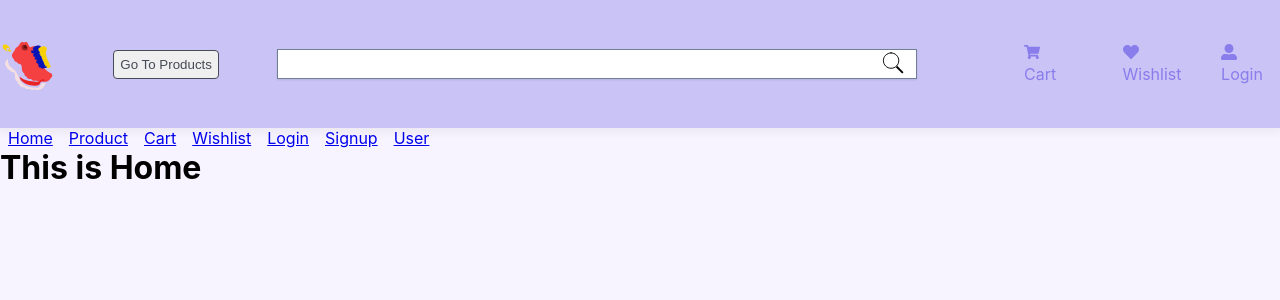
Repository: Irfan-vit/shoecase
Page: /
An editor plug-in stored every save of this project. The page is shown before and after the next save, followed by the edit.
The browser window is 1280 px wide. The pictures show the whole page.
The page's requests for data from a server got no answer. The project was rebuilt for these pictures with package versions that can differ from the ones it lists, and the page was loaded fresh each time. No one was signed in, and anything a server would have sent is missing. Also part of the build but not shown: src/pages/Product/ProductPage.jsx, src/pages/cart/CartPage.jsx, src/pages/wishlist/WishlistPage.jsx, src/pages/login/LoginPage.jsx, src/pages/signup/SignupPage.jsx, src/pages/user/StyledUser.jsx, src/components/forms/addAddress/AddAddress.jsx, src/components/forms/editAddress/EditAddress.jsx and 4 more.

Above is the page before, as saved 2023-05-22 04:31:13.

### src/index.js
import React, { useState } from 'react'
import { createRoot } from 'react-dom/client'
import { BrowserRouter } from 'react-router-dom'
import { makeServer } from './server'
import App from './App'

import { AuthProvider } from './context/AuthContext'
import { ToastContainer } from 'react-toastify'
import { ThemeProvider } from 'styled-components'
import { defaultTheme } from './utils/theme/theme'
import GlobalStyles from './utils/theme/Global'
import 'react-toastify/dist/ReactToastify.min.css'
import './utils/css/typography.css'
import './utils/css/colors.css'

// Call make Server
makeServer()

createRoot(document.getElementById('root')).render(
  <BrowserRouter>
    <AuthProvider>
      <ThemeProvider theme={defaultTheme}>
        <App />
        <ToastContainer />
        <GlobalStyles />
      </ThemeProvider>
    </AuthProvider>
  </BrowserRouter>,
)

### src/App.jsx
import { useEffect } from 'react'
import { Routes, Route, Link } from 'react-router-dom'
import axios from 'axios'

import Home from './pages/home/HomePage'
import Product from './pages/Product/ProductPage'
import Cart from './pages/cart/CartPage'
import Wishlist from './pages/wishlist/WishlistPage'
import Login from './pages/login/LoginPage'
import Signup from './pages/signup/SignupPage'
import User from './pages/user/User'

import RequiresAuth from './components/RequiresAuth'
import { useAuth } from './context/AuthContext'
import NavBar from './components/navBar/NavBar'

function App() {
  async function getCat() {
    const res = await axios.get('/api/products')
    const dat = res.data.products
    console.log(dat)
  }
  useEffect(() => {
    getCat()
  }, [])
  return (
    <div className="App">
      <NavBar />
      <nav>
        <Link to="/" style={{ padding: '0.5rem' }}>
          Home
        </Link>
        <Link to="/product" style={{ padding: '0.5rem' }}>
          Product
        </Link>
        <Link to="/cart" style={{ padding: '0.5rem' }}>
          Cart
        </Link>
        <Link to="/wishlist" style={{ padding: '0.5rem' }}>
          Wishlist
        </Link>
        <Link to="/login" style={{ padding: '0.5rem' }}>
          Login
        </Link>
        <Link to="/signup" style={{ padding: '0.5rem' }}>
          Signup
        </Link>
        <Link to="/user" style={{ padding: '0.5rem' }}>
          User
        </Link>
      </nav>
      <Routes>
        <Route path="/" element={<Home />} />
        <Route path="/product" element={<Product />} />
        <Route path="/wishlist" element={<Wishlist />} />
        <Route path="/login" element={<Login />} />
        <Route path="/signup" element={<Signup />} />
        {/* <Route path="/user" element={<User />} /> */}
        <Route
          path="/cart"
          element={
            <RequiresAuth>
              <Cart />
            </RequiresAuth>
          }
        />
        <Route
          path="/user"
          element={
            <RequiresAuth>
              <User />
            </RequiresAuth>
          }
        />
      </Routes>
    </div>
  )
}

export default App

### src/context/AuthContext.jsx
import { createContext, useContext, useEffect, useState } from 'react'
import { useNavigate, useLocation } from 'react-router-dom'
import axios from 'axios'
import { login, signup } from '../api/auth/apiAuth'

const AuthContext = createContext()

const AuthProvider = ({ children }) => {
  const localStorageToken = JSON.parse(localStorage.getItem('token'))
  const navigate = useNavigate()
  const location = useLocation()
  const [token, setToken] = useState(localStorageToken?.token)
  const [userDetails, setUserDetails] = useState(localStorageToken?.user)

  async function getUser({ email, password }, e) {
    try {
      e.preventDefault()
      const {
        data: { foundUser, encodedToken },
      } = await login({ email, password })
      localStorage.setItem(
        'token',
        JSON.stringify({ token: encodedToken, user: foundUser }),
      )
      setToken(encodedToken)
      setUserDetails(foundUser)
      console.log(foundUser)
      navigate(location?.state?.from?.pathname ?? '/', { replace: true })
    } catch {
      console.error('invalid Credentials')
    }
  }

  async function setUser({ email, password }, e) {
    try {
      e.preventDefault()
      const {
        data: { createdUser, encodedToken },
      } = await signup({ email, password })
      console.log(createdUser, encodedToken, 'response data')
      localStorage.setItem(
        'token',
        JSON.stringify({ token: encodedToken, user: createdUser }),
      )
      setToken(encodedToken)
      setUserDetails(createdUser)
      console.log(createdUser)
      navigate('/')
    } catch {
      console.error('invalid signup')
    }
  }
  return (
    <AuthContext.Provider
      value={{ getUser, setUser, token, setToken, userDetails, setUserDetails }}
    >
      {children}
    </AuthContext.Provider>
  )
}

const useAuth = () => useContext(AuthContext)

export { AuthProvider, useAuth }

### src/utils/theme/theme.js
import defaultColors from './defaultThemeColors'
// import typography from './typogarphy'
export const defaultTheme = {
  primaryBg: defaultColors.primaryBg,
  offSetBg: defaultColors.offSetBg,
  primaryText: defaultColors.primaryText,
  PrimaryHeading: defaultColors.PrimaryHeading,
  offSetText: defaultColors.offSetText,
  action: defaultColors.action,
  actionOffSet: defaultColors.actionOffSet,
  higilight: defaultColors.higilight,
}
export const darkTheme = {
  primaryBg: defaultColors.primaryBg,
  offSetBg: defaultColors.offSetBg,
  textOnPrimary: defaultColors.textOnPrimary,
  textOnOffSet: defaultColors.textOnOffSet,
  action: defaultColors.action,
  textColor: defaultColors.textColor,
  textMuted: defaultColors.textMuted,
}

### src/utils/theme/Global.js
import { createGlobalStyle } from 'styled-components'

const GlobalStyles = createGlobalStyle`
html {
    box-sizing: border-box;
    font-size: 16px;
    font-family: var(--font-family-body);
  }
*, *::before, *::after {
    box-sizing: inherit;
    Margin:0;
    Padding:0;
    Border:0;
}
body{
  background-color: ${(props) => props.theme.primaryBg};
}
`
export default GlobalStyles

### src/utils/css/typography.css
html {
    box-sizing: border-box;
    font-size: 16px;
    font-family: var(--font-family-body);
  }
*, *::before, *::after {
    box-sizing: inherit;
    Margin:0;
    Padding:0;
    Border:0;
}

:root{
    --font-family-hero: CircularPro, "Gill Sans", "Gill Sans MT", "Helvetica Neue", Helvetica, Arial, sans-serif;
    --font-family-headings: CircularPro, Sans, apple-system, sans-serif;
    --font-family-body: -apple-system, BlinkMacSystemFont, "Segoe UI", Roboto, Helvetica, Arial, sans-serif, "Apple Color Emoji", "Segoe UI Emoji", "Segoe UI Symbol";
    --font-family-serif: Georgia, "Times New Roman", serif;
    --font-family-mono: Menlo, Monaco, "Courier New", monospace;
    --font-xxxs: 0.425rem;
    --font-xxs: 0.625rem;
    --font-xs: 0.7rem;
    --font-sm: 0.875rem;
    --font-md: 1rem;
    --font-lg: 1.25rem;
    --font-xl: 1.5rem;
    --font-xxl: 2.25rem;
    --font-xxxl: 3rem;
    --font-xxxxl: 4rem;
    --font-weight-light: 300;
    --font-weight-normal: 400;
    --font-weight-strong: 500;
    --font-weight-semi-bold: 600;
    --font-weight-bold: 700;
    --primary-color: #6c5ce7;
    --primary-heavy: #5d4aec;
    --primary-light: #897dec;
    --text-on-primary: #ffffff;
    --primary-bg: #eceaff;
    --primary-bg-heavy: #c9c3f6;
    --secondary-color: #ffffff;
    --secondary-heavy: #ffffff;
    --secondary-light: #ffffff;
    --text-on-secondary: #6c5ce7;
    --secondary-bg: #ffffff;
    --secondary-bg-heavy: #ffffff;
    --error-color: #e62e5c;
    --error-heavy: #d31948;
    --error-light: #f086a0;
    --error-bg: #f7bac9;
    --error-bg-heavy: #8d1130;
    --spacing-unit: 6px;
    --margins: 2;
    --margin-size: (var(--margins) * 2);
    --cell-padding: (4 * var(--spacing-unit));
    --grid-gutter: (var(--margins) * var(--spacing-unit));
    --grid-margin: (var(--margin-size) * var(--spacing-unit));
    --cell-margin: (var(--grid-gutter) / 2);
    --border-radius-small: 0.125rem;
    --border-radius-medium: 0.25rem;
    --border-radius-large: 0.5rem;
    --border-radius-x-large: 1rem;
    --border-radius-circle: 50%;
    --border-radius-pill: 9999px;
    --border-size1: 1px;
    --border-size2: 2px;
    --border-size3: 3px;
    --border-size4: 4px;
    --text-color: #718096;
    --text-bright: #000;
    --text-muted: #a9b1ba;
    --bg-color: #fff;
    --background-body: #202b38;
    --background: #161f27;
    --background-alt: #1a242f;
    --box-shadow: 0 -1px 1px 0 rgba(0, 0, 0, 0.09), 0 2px 2px 0 rgba(0, 0, 0, 0.23);
    --box-shadow-x-small: 0 1px 0 #0d131e0d;
    --box-shadow-small: 0 1px 2px #0d131e1a;
    --box-shadow-medium: 0 2px 4px #0d131e1a;
    --box-shadow-large: 0 2px 8px #0d131e1a;
    --box-shadow-x-large: 0 4px 16px #0d131e1a;
    --border-color: #fff;
    --form-placeholder: #a9a9a9;
    --form-text: #fff;
    --color-focus-outline: #4299e14c;
    --tertiary-color: #8367C7;
    --complimentary-color: #F0FFF1;
    --twitter: #1da1f2;
    --slack: #4a154b;
    --github: #24292e;
    --heading-xxs: 1rem;
    --heading-xs: 1.1rem;
    --heading-sm: 1.25rem;
    --heading-md: 1.5rem;
    --heading-lg: 2rem;
    --heading-xl: 3rem;
    --heading-xxl: 4rem;
}

### src/utils/css/colors.css
:root{
    --background-color: #FFFFFF;
    --on-background-color: #2B2B2B;
    --on-background-low-color: #9598A1;
    --on-background-medium-color: #707279;
    --on-background-high-color: #2B2B2B;
    --primary-color: #6C5CE7;
    --on-primary-color: #FFFFFF;
    --border-medium-color: #EDEDED;
    --border-medium-hover-color: #CECECE;
    --border-medium-focus-color: #C6C6C6;
    --border-medium-active-color: #AFAFAF;
    --border-high-color: #BABEC9;
    --border-high-hover-color: #A3A6B0;
    --border-high-focus-color: #9DA1A9;
    --border-high-active-color: #8C8F96;
    --border-primary-color: #6C5CE7;
    --border-primary-hover-color: #8376EB;
    --border-primary-focus-color: #897DEC;
    --border-primary-active-color: #8F83ED;
    --surface-color: #FFFFFF;
    --surface-hover-color: #EDEBFC;
    --surface-active-color: #DCD8F9;
    --surface-focus-color: #E2DEFA;
    --on-surface-color: #2B2B2B;
    --on-surface-medium-color: #707279;
    --on-surface-low-color: #9598A1;
    --surface01-color: #FFFBFF;
    --surface02-color: #F7F2FD;
    --surface-primary-color: #140068;
    --surface-primary-hover-color: #3A2980;
    --surface-primary-active-color: #433386;
    --surface-primary-focus-color: #4C3D8C;
    --on-surface-primary-color: #FFFFFF;
    --surface-neutral-color: #FFFFFF;
    --surface-neutral-hover-color: #F4F5F6;
    --surface-neutral-focus-color: #F1F2F4;
    --surface-neutral-active-color: #EEEFF2;
    --on-surface-neutral-high-color: #2B2B2B;
    --on-surface-neutral-medium-color: #707279;
    --on-surface-neutral-low-color: #9598A1;
    --positive-color: #37B26C;
    --negative-color: #E62E5C;
    --warning-color: #FFC640;
    --process-color: #0984E3;
    --primary-surface-color: #F6F5FE;
    --positive-surface-color: #F3FAF6;
    --negative-surface-color: #FDF2F5;
    --warning-surface-color: #FFFCF4;
    --process-surface-color: #F0F8FD;
}

### src/backend/controllers/CategoryController.js
import { Response } from "miragejs";

/**
 * All the routes related to Category are present here.
 * These are Publicly accessible routes.
 * */

/**
 * This handler handles gets all categories in the db.
 * send GET Request at /api/categories
 * */

export const getAllCategoriesHandler = function () {
  try {
    return new Response(200, {}, { categories: this.db.categories });
  } catch (error) {
    return new Response(
      500,
      {},
      {
        error,
      }
    );
  }
};

/**
 * This handler handles gets all categories in the db.
 * send GET Request at /api/user/category/:categoryId
 * */

export const getCategoryHandler = function (schema, request) {
  const categoryId = request.params.categoryId;
  try {
    const category = schema.categories.findBy({ _id: categoryId });
    return new Response(200, {}, { category });
  } catch (error) {
    return new Response(
      500,
      {},
      {
        error,
      }
    );
  }
};

### src/backend/controllers/ProductController.js
import { Response } from "miragejs";

/**
 * All the routes related to Product are present here.
 * These are Publicly accessible routes.
 * */

/**
 * This handler handles gets all products in the db.
 * send GET Request at /api/products
 * */

export const getAllProductsHandler = function () {
  return new Response(200, {}, { products: this.db.products });
};

/**
 * This handler handles gets all products in the db.
 * send GET Request at /api/user/products/:productId
 * */

export const getProductHandler = function (schema, request) {
  const productId = request.params.productId;
  try {
    const product = schema.products.findBy({ _id: productId });
    return new Response(200, {}, { product });
  } catch (error) {
    return new Response(
      500,
      {},
      {
        error,
      }
    );
  }
};

### src/backend/db/categories.js
import { v4 as uuid } from 'uuid'
import { casual, fitness, track, sports } from '../../assets/assetsServer'
/**
 * Category Database can be added here.
 * You can add category of your wish with different attributes
 * */

export const categories = [
  {
    _id: uuid(),
    categoryName: 'casual',
    imgSrc: casual,
  },
  {
    _id: uuid(),
    categoryName: 'sports',
    imgSrc: sports,
  },
  {
    _id: uuid(),
    categoryName: 'fitness',
    imgSrc: fitness,
  },
  {
    _id: uuid(),
    categoryName: 'track',
    imgSrc: track,
  },
]

### src/backend/db/products.js
import { v4 as uuid } from 'uuid'
import {
  casualT1,
  casualT2,
  fitnessT1,
  fitnessT2,
  trackT1,
  trackT2,
  sportsT1,
  sportsT2,
} from '../../assets/assetsServer'
/**
 * Product Database can be added here.
 * You can add products of your wish with different attributes
 * */

export const products = [
  {
    _id: uuid(),
    isFeatured: false,
    title: 'Vans Old Skool',
    price: '5499',
    categoryName: 'casual',
    inWishlist: true,
    inCart: true,
    imgSrc: casualT1,
    rating: 4.5,
  },
  {
    _id: uuid(),
    isFeatured: true,
    title: 'Adidas Gazelle',
    price: '7799',
    categoryName: 'casual',
    inWishlist: false,
    inCart: false,
    imgSrc: casualT2,
    rating: 3.0,
  },
  {
    _id: uuid(),
    isFeatured: false,
    title: 'Mizuno sneakers',
    price: '13912',
    categoryName: 'fitness',
    inWishlist: false,
    inCart: false,
    imgSrc: fitnessT1,
    rating: 3.5,
  },
  {
    _id: uuid(),
    isFeatured: true,
    title: 'Reebok Hexaffect',
    price: '7999',
    categoryName: 'fitness',
    inWishlist: false,
    inCart: false,
    imgSrc: fitnessT2,
    rating: 3.0,
  },
  {
    _id: uuid(),
    isFeatured: true,
    title: 'Brroks Hyperion Max',
    price: '5999',
    categoryName: 'track',
    inWishlist: false,
    inCart: false,
    imgSrc: trackT1,
    rating: 3.5,
  },
  {
    _id: uuid(),
    isFeatured: false,
    title: 'Air Zoom Pegasus',
    price: '8996',
    categoryName: 'track',
    inWishlist: false,
    inCart: false,
    imgSrc: trackT2,
    rating: 4.5,
  },
  {
    _id: uuid(),
    isFeatured: true,
    title: 'New Balance Revlitye',
    price: '5890',
    categoryName: 'sports',
    inWishlist: false,
    inCart: false,
    imgSrc: sportsT1,
    rating: 4,
  },
  {
    _id: uuid(),
    isFeatured: false,
    title: 'Hummel Liga GK',
    price: '7199',
    categoryName: 'sports',
    inWishlist: false,
    inCart: false,
    imgSrc: sportsT2,
    rating: 3.5,
  },
]

### src/backend/db/users.js
import { v4 as uuid } from 'uuid'
import { formatDate } from '../utils/authUtils'
/**
 * User Database can be added here.
 * You can add default users of your wish with different attributes
 * Every user will have cart (Quantity of all Products in Cart is set to 1 by default), wishList by default
 * */

export const users = [
  {
    _id: uuid(),
    firstName: 'Adarsh',
    lastName: 'Balika',
    email: 'adarshbalika@gmail.com',
    password: 'adarshbalika',
    address: [],
    createdAt: formatDate(),
    updatedAt: formatDate(),
  },
  {
    _id: uuid(),
    firstName: 'Adarsh',
    lastName: 'Balika',
    email: 'balika@gmail.com',
    password: 'balika',
    address: [],
    createdAt: formatDate(),
    updatedAt: formatDate(),
  },
]

### src/pages/home/HomePage.jsx
const Home = () => {
  return (
    <>
      <h1>This is Home</h1>
    </>
  )
}

export default Home

### src/components/navBar/NavBar.jsx
import { useNavigate } from 'react-router-dom'
import { redirect } from 'react-router-dom'
import { Link } from 'react-router-dom'
import { StyledNavWrapper, StyledNav, StyledNavList } from '../../styles/index'
import { FaShoppingCart, FaHeart, FaUserAlt } from 'react-icons/fa'
import HeroLogo from '../animations/HeroAnimations/HeroLogo'

import SearchInput from '../inputs/SeacrhInput'
import Select from '../select/Select'
// import { useFilterProducts } from '../../context/filterProductsContext'

const NavBar = () => {
  // const { filterDispatch, filterState } = useFilterProducts()
  const navigate = useNavigate()
  return (
    <StyledNavWrapper>
      <StyledNav>
        <div>
          <div>
            <Link to="/">
              <HeroLogo />
            </Link>
          </div>
          <div>
            <Select />
          </div>
        </div>
        <div>
          <SearchInput />
        </div>
        <div>
          <StyledNavList>
            <ul>
              <li>
                <Link to="/cart">
                  <FaShoppingCart />
                  <p>Cart</p>
                </Link>
              </li>
              <li>
                <Link to="/wishlist">
                  <FaHeart />
                  <p>Wishlist</p>
                </Link>
              </li>
              <li>
                <Link to="">
                  <FaUserAlt />
                  <p>Login</p>
                </Link>
              </li>
            </ul>
          </StyledNavList>
        </div>
      </StyledNav>
    </StyledNavWrapper>
  )
}

export default NavBar

### src/api/auth/apiAuth.js
import axios from 'axios'

export const login = async ({ email, password }) =>
  await axios.post(`/api/auth/login`, {
    email,
    password,
  })

export const signup = async ({ email, password }) =>
  await axios.post(`/api/auth/signup`, {
    email,
    password,
  })

### src/utils/theme/defaultThemeColors.js
const defaultColors = {
  primaryBg: '#f7f3ff',
  PrimaryHeading: '#a9b1ba',
  primaryText: '#718096',
  offSetBg: '#c9c3f6',
  offSetText: '#474a56',
  action: '#885df1',
  actionOffSet: '#ffffff',

  higilight: '#897dec',
  // higilight: '#5D48B8',
}

export default defaultColors

### src/assets/assetsServer.js
import casual from './images/casual.jpg'
import casualT1 from './images/casualT1.jpg'
import casualT2 from './images/casualT2.jpg'
import fitness from './images/fitness.jpg'
import fitnessT1 from './images/fitnessT1.jpg'
import fitnessT2 from './images/fitnessT2.jpg'
import track from './images/track.jpg'
import trackT1 from './images/trackT1.jpg'
import trackT2 from './images/trackT2.jpg'
import sports from './images/sports.jpg'
import sportsT1 from './images/sportsT1.jpg'
import sportsT2 from './images/sportsT2.jpg'
import men from './images/men.jpg'
import mensT1 from './images/mensT1.jpg'
import mensT2 from './images/mensT2.jpg'
import women from './images/women.jpg'
import womensT1 from './images/womensT1.jpg'
import womensT2 from './images/womensT2.jpg'

export {
  casual,
  casualT1,
  casualT2,
  fitness,
  fitnessT1,
  fitnessT2,
  track,
  trackT1,
  trackT2,
  sports,
  sportsT1,
  sportsT2,
  men,
  mensT1,
  mensT2,
  women,
  womensT1,
  womensT2,
}

### src/styles/index.js
export * from './NavBarStyles'
export * from './SelectStyles'
export * from './SearchInputStyles'

### src/components/animations/HeroAnimations/HeroLogo.jsx
import { useLottie, useLottieInteractivity } from 'lottie-react'
import logoRun from '../../../assets/json/logo.json'
const style = {
  height: '4rem',
  width: '4rem',
  display: 'inline-block',
  cursor: 'pointer',
}

const options = {
  animationData: logoRun,
}

const HeroLogo = () => {
  const lottieObj = useLottie(options, style)
  const Animation = useLottieInteractivity({
    lottieObj,
    mode: 'cursor',
    actions: [
      {
        position: { x: [0, 1], y: [0, 1] },
        type: 'seek',
        frames: [49, 72],
      },
      {
        position: { x: -1, y: -1 },
        type: 'stop',
        frames: [72],
      },
    ],
  })

  return Animation
}

export default HeroLogo

### src/components/inputs/SeacrhInput.jsx
import Search from '../animations/Floats/Search'

import { StyledSearchInput } from '../../styles/index'
// import { useFilterProducts } from '../../context/filterProductsContext'
const SearchInput = () => {
  // const { search, setSearch } = useFilterProducts()
  return (
    <form action="">
      <StyledSearchInput>
        <input
          type="text"
          // value={search}
          // onChange={(e) => setSearch(e.target.value)}
        />
        <Search />
      </StyledSearchInput>
    </form>
  )
}
export default SearchInput

### src/components/select/Select.jsx
import { useNavigate } from 'react-router-dom'
// import { useFilterProducts } from '../../context/filterProductsContext'
import { StyledSelect } from '../../styles/index'
import { Link } from 'react-router-dom'

const Select = () => {
  // const { filterDispatch, filterState } = useFilterProducts()
  const navigate = useNavigate()
  return (
    <form action="">
      <label
        htmlFor="categories"
        onSubmit={(e) => {
          e.preventDefault()
        }}
      >
        <StyledSelect name="categories" id="categories">
          <option value="select">
            <Link
              onClick={() => {
                // filterDispatch({ type: 'reset' })
                navigate('/product')
              }}
            >
              Go To Products
            </Link>
          </option>
          <option value="casual">
            <Link
              onClick={() => {
                // filterDispatch({ type: 'casual' })
                navigate('/product')
              }}
            >
              Casual
            </Link>
          </option>
          <option value="fitness">
            <Link
              onClick={() => {
                navigate('/product')
                // filterDispatch({ type: 'fitness' })
              }}
            >
              Fitness
            </Link>
          </option>
          <option value="track">
            <Link
              onClick={() => {
                navigate('/product')
                // filterDispatch({ type: 'track' })
              }}
            >
              Track
            </Link>
          </option>
          <option value="sports">
            <Link
              onClick={() => {
                navigate('/product')
                // filterDispatch({ type: 'sports' })
              }}
            >
              Sports
            </Link>
          </option>
        </StyledSelect>
      </label>
    </form>
  )
}
export default Select

### src/styles/NavBarStyles.jsx
import styled from 'styled-components'

const StyledNavWrapper = styled.aside`
  margin-bottom: 8rem;
`

const StyledNav = styled.nav`
  box-shadow: var(--box-shadow);
  box-shadow: 0px 0px 10px 4px rgb(0 0 0 / 5%);
  z-index: 1;
  position: fixed;
  top: 0;
  width: 100%;
  height: 8rem;
  background-color: ${(props) => props.theme.offSetBg};
  margin: 0 auto;
  @media (min-width: 900px) {
    display: flex;
    justify-content: space-between;
    /* align-content: center; */
    align-items: center;
    > :nth-child(1) {
      display: flex;
      align-items: center;
      flex-basis: 10%;
      gap: 29%;
      > * {
        flex-basis: 40%;
      }
    }
    > :nth-child(2) {
      flex-basis: 50%;
    }
    > :nth-child(3) {
      flex-basis: 20%;
    }
  }
`

const StyledNavList = styled.div`
  > ul {
    display: flex;
    flex-flow: row wrap;
    list-style-type: none;
    justify-content: space-between;
    align-items: center;
    align-content: center;
  }
  > ul > li {
    flex-basis: 23%;
  }
  > ul > li > a {
    text-decoration: none;
    margin: 0;
    padding: 0;
    transition: 0.3s;
    text-decoration: underline;
    text-decoration-color: transparent;
    -webkit-text-decoration-color: transparent;
    -moz-text-decoration-color: transparent;
    text-decoration: none;
    color: ${(props) => props.theme.higilight};
    :hover,
    :active,
    :focus {
      color: ${(props) => props.theme.offSetText};
      text-decoration-line: underline;
      text-decoration-style: line;
      text-decoration-color: ${(props) => props.theme.offSetText};
      text-underline-offset: 3px;
    }
  }
`
export { StyledNavWrapper, StyledNav, StyledNavList }

### src/styles/SelectStyles.jsx
import styled from 'styled-components'
const StyledSelect = styled.select`
  outline: none;
  border: none;
  outline: none;
  cursor: pointer;
  border-radius: var(--border-size4);
  padding: var(--spacing-unit);
  color: ${(props) => props.theme.offSetText};
  border: 1px solid ${(props) => props.theme.offSetText};
  appearance: none;
  :focus {
    border: 1px solid ${(props) => props.theme.action};
    outline: none;
  }
`
export { StyledSelect }

### src/styles/SearchInputStyles.jsx
import styled from 'styled-components'

const StyledSearchInput = styled.div`
  position: relative;
  width: 100%;
  > input {
    outline: none;
    cursor: pointer;
    padding: var(--font-xxxs) var(--font-xxs);
    color: ${(props) => props.theme.primaryText};
    border: 1px solid ${(props) => props.theme.primaryHeading};
    box-shadow: var(--box-shadow-small);
    width: 100%;
    :focus {
      border: 1px solid ${(props) => props.theme.action};
      outline: none;
    }
  }
  > a {
    position: absolute;
    right: 0;
    bottom: 0%;
    transform: translate(-50%, 0%);
    color: ${(props) => props.theme.textMuted};
    cursor: pointer;
    :hover {
      color: ${(props) => props.theme.primaryColor};
    }
  }
`
export {StyledSearchInput}

### src/components/animations/Floats/Search.jsx
import { useLottie, useLottieInteractivity } from 'lottie-react'
import search from '../../../assets/json/search.json'
const style = {
  height: '1.5rem',
  display: 'inline-block',
  cursor: 'pointer',
}

const options = {
  animationData: search,
}

const Search = () => {
  const lottieObj = useLottie(options, style)
  const Animation = useLottieInteractivity({
    lottieObj,
    mode: 'cursor',
    actions: [
      {
        position: { x: [0, 1], y: [0, 1] },
        type: 'loop',
        frames: [0, 20],
      },
      {
        position: { x: -1, y: -1 },
        type: 'stop',
        frames: [0],
      },
    ],
  })

  return <a href="#">{Animation}</a>
}

export default Search

Loaded but not shown: public/index.html (common file); src/backend/utils/authUtils.js (common file); src/assets/json/logo.json (1 lines, source omitted); src/assets/json/search.json (1 lines, source omitted); src/backend/controllers/CartController.js (148 lines, source omitted); src/server.js (87 lines, source omitted); src/backend/controllers/WishlistController.js (100 lines, source omitted); src/backend/controllers/AuthController.js (101 lines, source omitted)

After the next save:
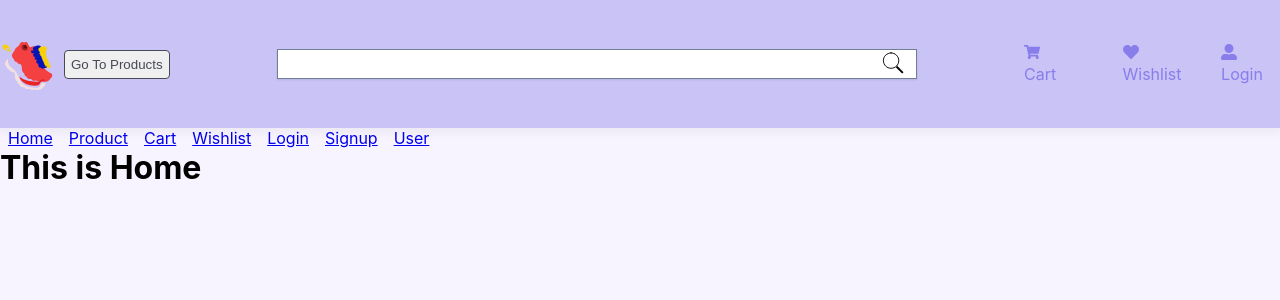
Saved 11 s later.
--- a/src/styles/NavBarStyles.jsx
+++ b/src/styles/NavBarStyles.jsx
@@ -23,7 +23,6 @@ const StyledNav = styled.nav`
       display: flex;
       align-items: center;
       flex-basis: 10%;
-      gap: 29%;
       > * {
         flex-basis: 40%;
       }
